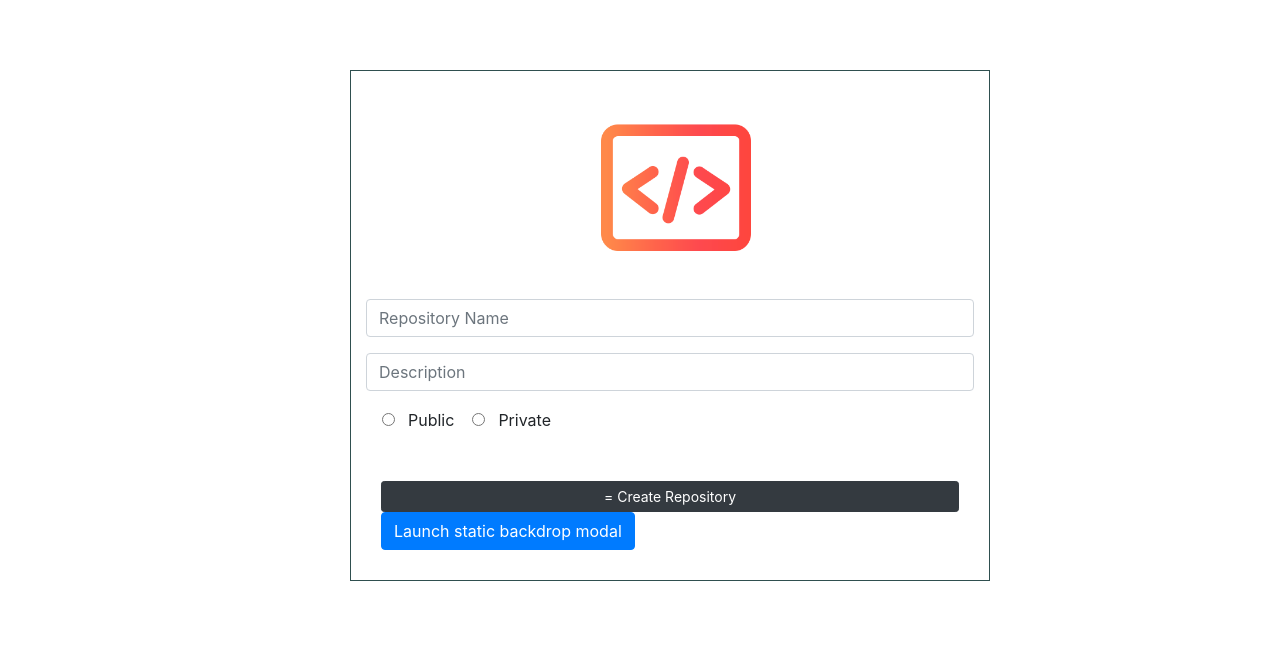
Repository: rashmikagamage/OAuth-Implementation
Page: /auth/github/callback (app in frontend/)
These files come from the project's save history. The page is drawn as it stood at one moment and after the next save; the edit follows.
The browser window is 1280 px wide. The pictures show the whole page.
Some web libraries are served in a nearby version. The project was rebuilt for these pictures with package versions that can differ from the ones it lists, and the page was loaded fresh each time. Also part of the build but not shown: frontend/src/css/twitter.css, frontend/src/components/login.js, frontend/src/components/twitter-home.js, frontend/src/components/login-git.js, frontend/src/App.css.

Above is the page before, as saved 2021-10-01 09:55:29.

After the next save:
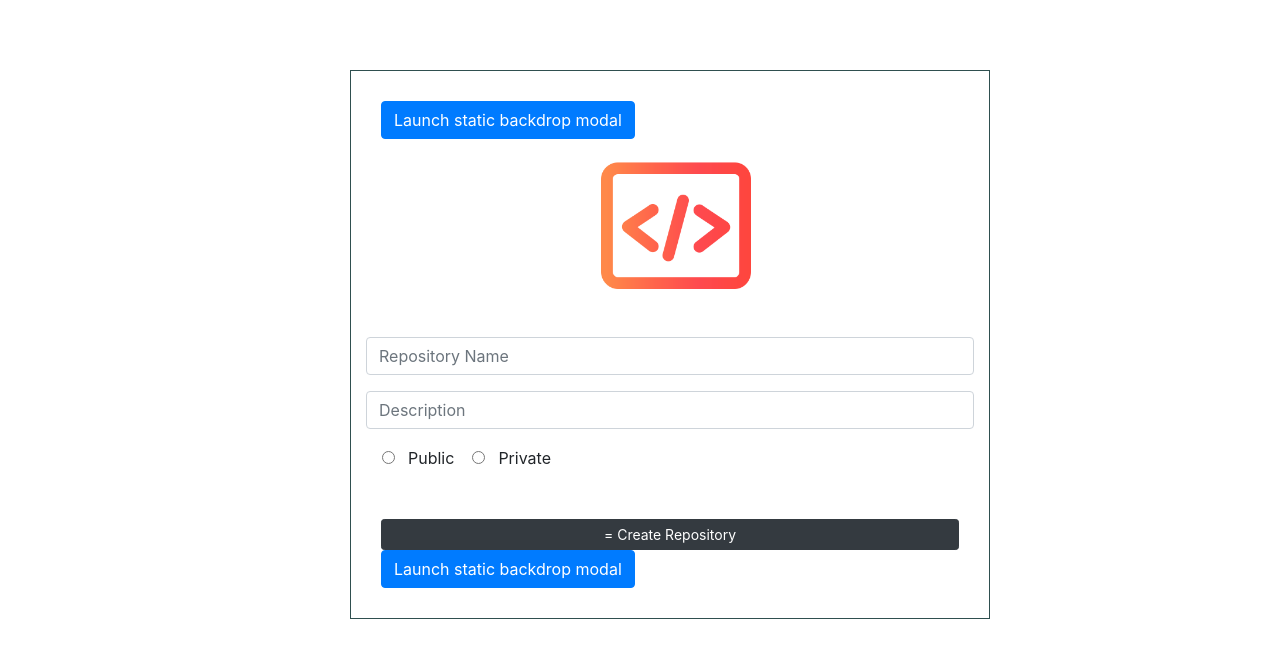
Saved 2 min 40 s later.
--- a/frontend/src/components/git-home.js
+++ b/frontend/src/components/git-home.js
@@ -1,8 +1,10 @@
 import "../css/git.css";
+import { Button,Modal } from 'react-bootstrap';
 import code from "../images/code.png";
 import React, { useState } from "react";
 import GitModal from "./git-modal";
 const Axios = require("axios").default;
+
 
 function GitHome(props) {
 
@@ -14,8 +16,37 @@ function GitHome(props) {
       }).then((res) => console.log(res));
   };
 
+  const [show, setShow] = useState(false);
+  const handleClose = () => setShow(false);
+  const handleShow = () => setShow(true);
+
+
   return (
     <div class="main">
+        <>
+        <Button variant="primary" onClick={handleShow}>
+          Launch static backdrop modal
+        </Button>
+
+        <Modal
+          show={show}
+          onHide={handleClose}
+          backdrop="static"
+          keyboard={false}
+        >
+          <Modal.Header closeButton>
+            <Modal.Title>Modal title</Modal.Title>
+          </Modal.Header>
+          <Modal.Body>
+            Repository was created!!
+          </Modal.Body>
+          <Modal.Footer>
+            <Button variant="secondary" onClick={handleClose}>
+              Close
+            </Button>
+          </Modal.Footer>
+        </Modal>
+      </>
        <img src={code} alt="Avatar" class="img"></img>
       <form>
         <div class="form-group row mt-5">
